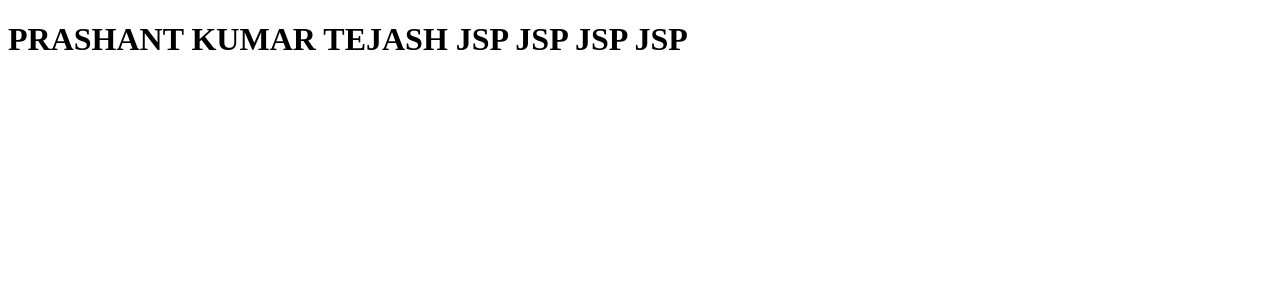
Repository: prashantkumarbind/Hospital-Weather-Concept
Page: http://localhost/hospital/index.jsp
These files come from the project's save history. The page is drawn as it stood at one moment and after the next save; the edit follows.
The browser window is 1280 px wide. The pictures show the whole page.
The page is served by Tomcat 9.

Above is the page before, as saved 2024-01-18 17:03:17.

After the next save:
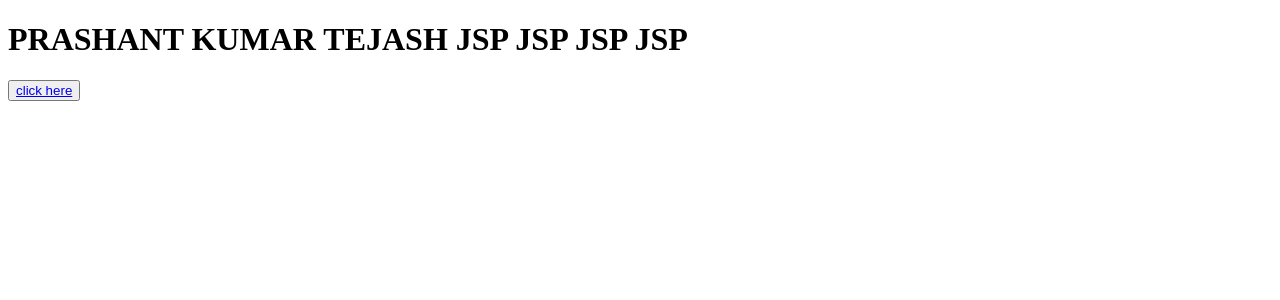
Saved 43 s later.
--- a/hospital/src/main/webapp/index.jsp
+++ b/hospital/src/main/webapp/index.jsp
@@ -8,5 +8,6 @@
 </head>
 <body>
 		<h1>PRASHANT KUMAR TEJASH JSP JSP JSP JSP</h1>
+		<button><a href="index.html">click here</a></button>
 </body>
 </html>
